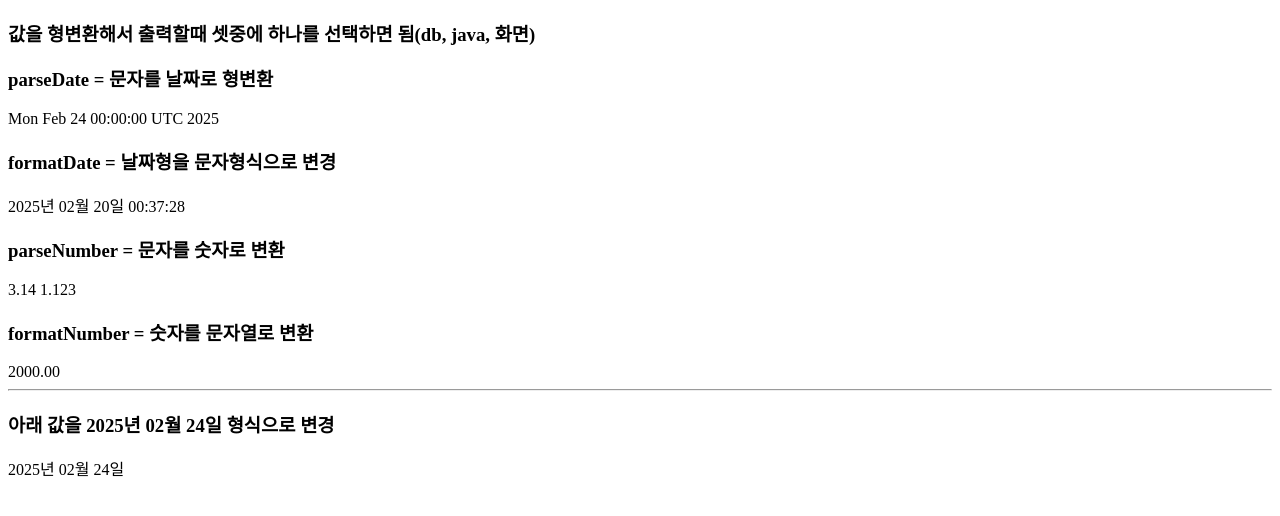
Repository: Muji1412/JSPstudy
Page: http://localhost/JSPbasic/jstl/jstl_fmt.jsp
These files come from the project's save history. The page is drawn as it stood at one moment and after the next save; the edit follows.
The browser window is 1280 px wide. The pictures show the whole page.
The page is served by Tomcat 9. Nobody is signed in. The application's start-up code is not run.

Above is the page before, as saved 2025-02-24 05:24:50.

After the next save:
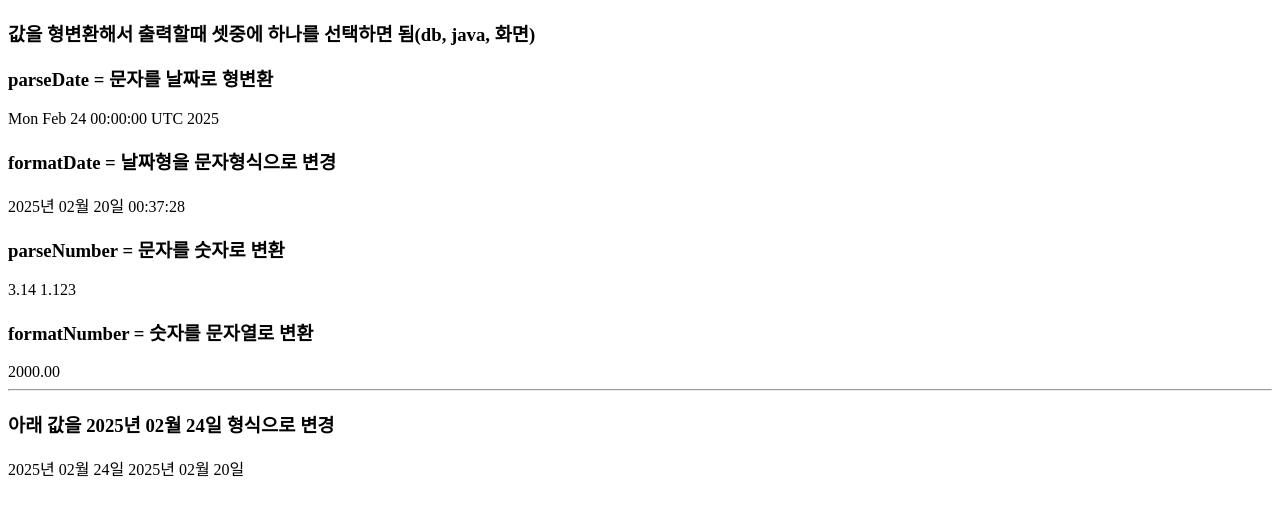
Saved 99 s later.
--- a/workspace/JSPbasic/src/main/webapp/jstl/jstl_fmt.jsp
+++ b/workspace/JSPbasic/src/main/webapp/jstl/jstl_fmt.jsp
@@ -41,6 +41,8 @@
 	<fmt:parseDate var = "timeAA" value = "${timeA }" pattern = "yyyy-MM-dd" />
 	<fmt:formatDate value="${timeAA }" pattern = "yyyy년 MM월 dd일"/>
 
+	<fmt:formatDate value = "${timeB }" pattern = "yyyy년 MM월 dd일"/>
+
 
 </body>
 </html>
